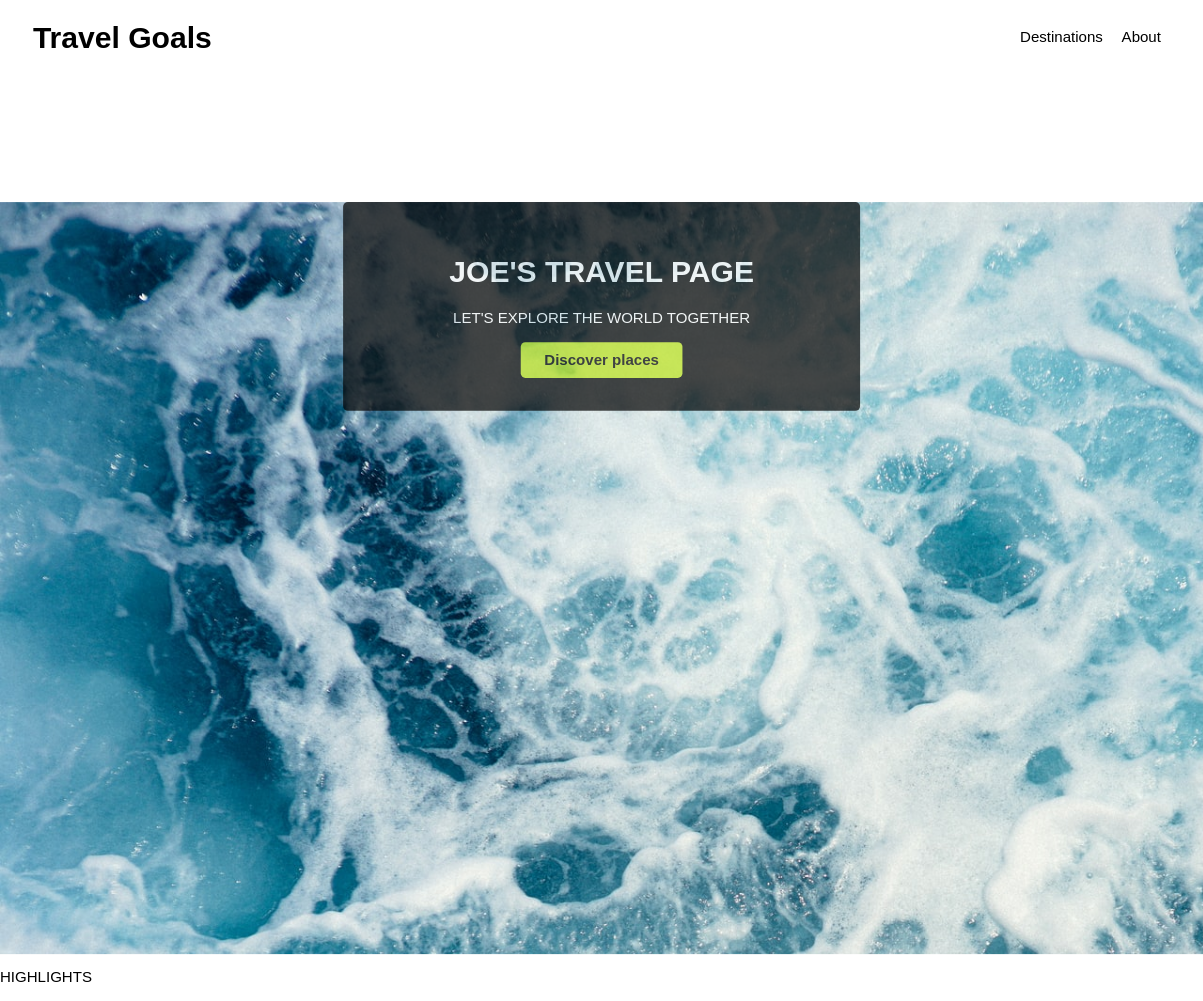
Repository: Harjot00/Wevdev
Page: Travel/index.html
These files come from the project's save history. The page is drawn as it stood at one moment and after the next save; the edit follows.
The browser window is 1280 px wide. The pictures show the whole page, at 94% of full size.

Above is the page before, as saved 2022-05-07 02:48:33.

### Travel/index.html
<!DOCTYPE html>
<html lang="en">
<head>
    <meta charset="UTF-8">
    <meta http-equiv="X-UA-Compatible" content="IE=edge">
    <meta name="viewport" content="width=device-width, initial-scale=1.0">
    <title>Travel Goals</title>
    <link rel="stylesheet" href="style.css">

</head>
<body>
    <header>
        <nav>
            <a href="index.html">Travel Goals</a>
            <ul>
                <li><a href="#"> Destinations</a></li>
                <li><a href="#">About</a></li>
            </ul>
        </nav>
    </header>
    <main>
        <div id="background">
            <div id="centercontent">
                <h1>JOE'S TRAVEL PAGE</h1>
                <p>LET'S EXPLORE THE WORLD TOGETHER</p>
                <a href="#"> Discover places</a>
            </div>
        </div>
        <p>HIGHLIGHTS</p>
    </main>
    <footer></footer>
</body>
</html>

### Travel/style.css
body{
    font-family:"Quicksand",sans-serif;
    margin: 0;

}
nav{
    margin:15px 35px 25px 35px;
    display:flex;
    align-items: center;
    flex-wrap: wrap;
    flex-direction: row;
    justify-content: space-between;
}

ul {
    list-style: none;
    display:flex;
    justify-content: space-between;
}
nav >a{

    text-decoration: none;
    font-size:32px;
    font-weight: bold;
    color:black;



}
li a{
    margin:0px 10px 0px 10px;
    text-decoration: none;
    color:black;
}
#background{
    background-image:url(background.jpg);
    height: 800px;
    margin-top: 0px;
}
#centercontent{
    padding:35px 25px 35px 25px;
    text-align: center;
    margin:150px auto 250px;
    background-color:black ;
    opacity:0.7;
    color:white;
    width:500px;
    border-radius:5px;

}
div > a{
    background-color:rgb(188, 228, 28);
    text-decoration: none;
    padding:10px 25px 10px 25px;
    display:inline-block;
    color:black;
    font-weight:bold;
    border-radius:5px;

}

After the next save:
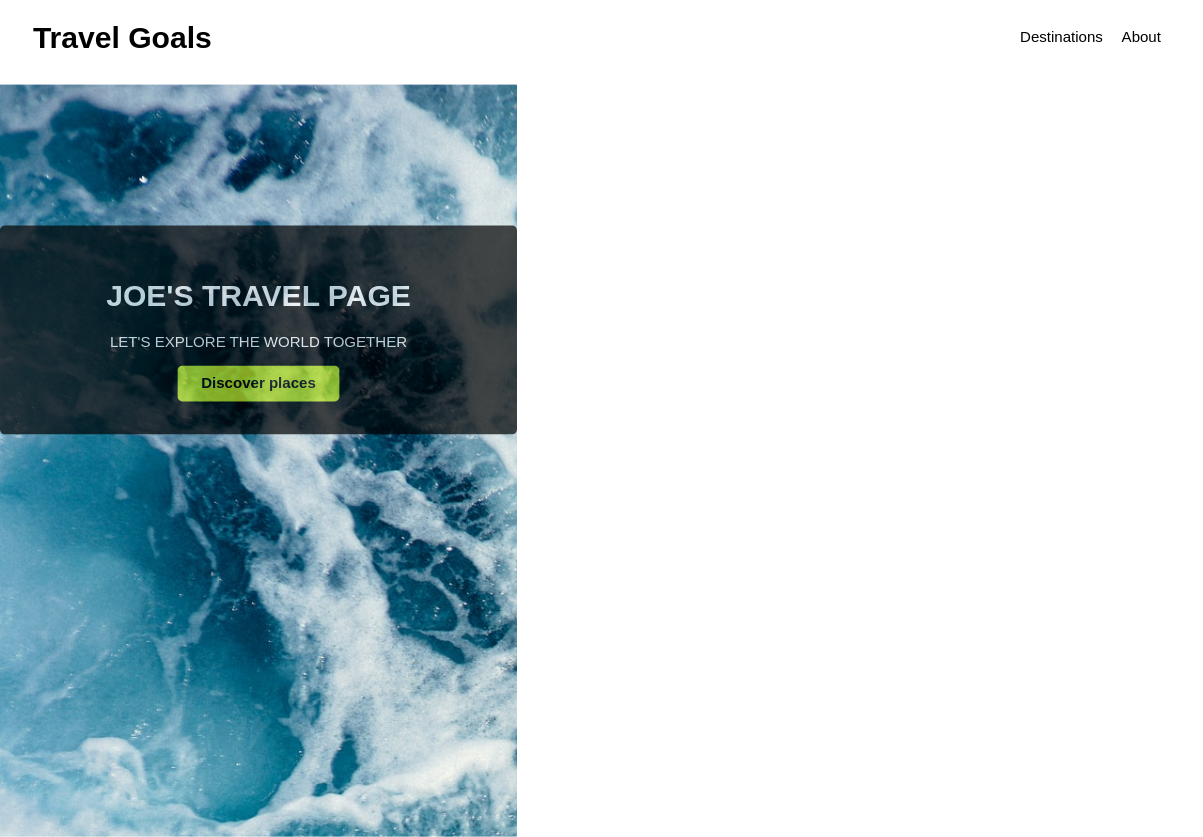
Saved 2 min 39 s later.
--- a/Travel/style.css
+++ b/Travel/style.css
@@ -35,7 +35,7 @@ li a{
 #background{
     background-image:url(background.jpg);
     height: 800px;
-    margin-top: 0px;
+    position: absolute;
 }
 #centercontent{
     padding:35px 25px 35px 25px;

After the save that followed:
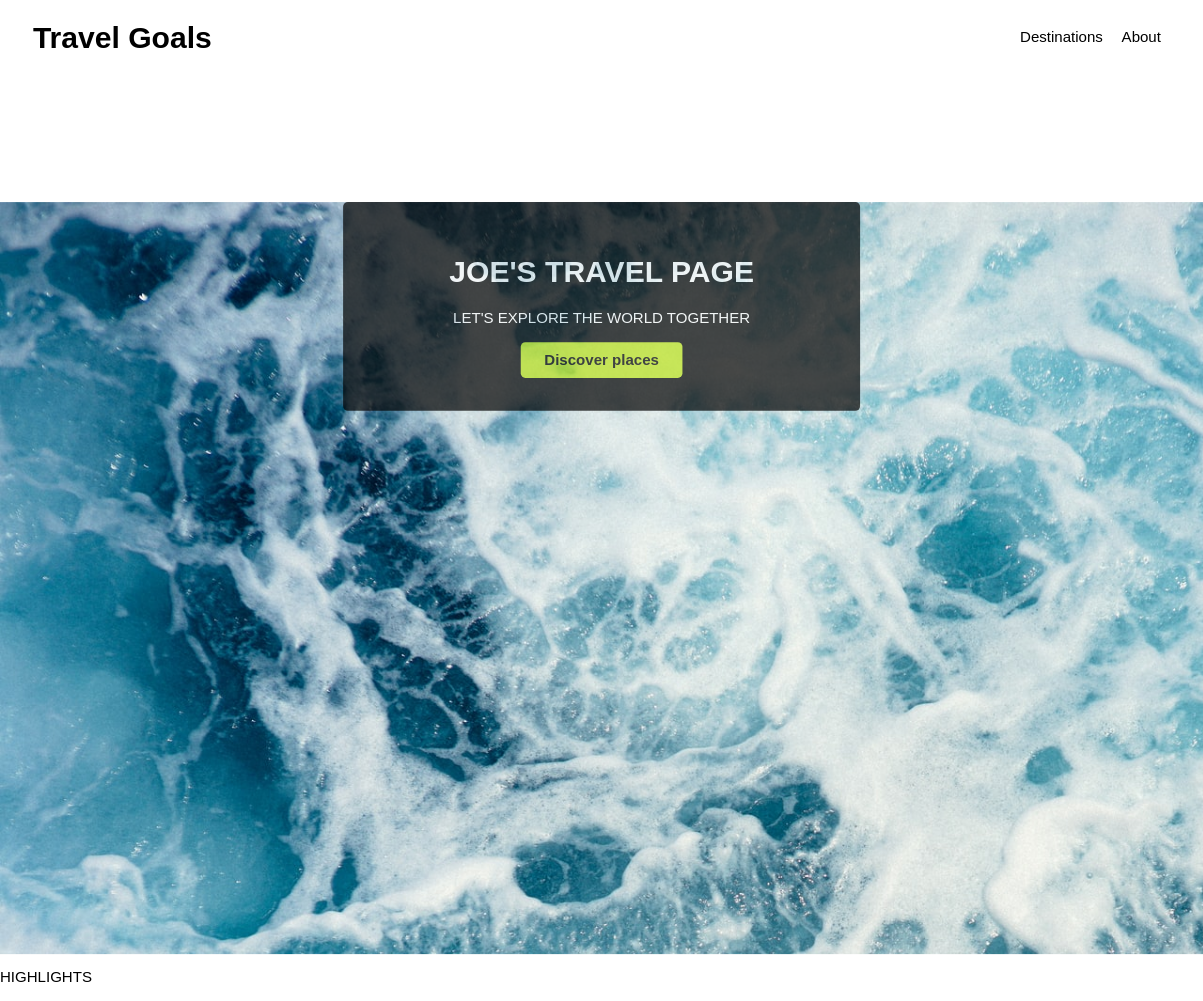
Saved 21 s later.
--- a/Travel/style.css
+++ b/Travel/style.css
@@ -35,7 +35,7 @@ li a{
 #background{
     background-image:url(background.jpg);
     height: 800px;
-    position: absolute;
+    position: relative;
 }
 #centercontent{
     padding:35px 25px 35px 25px;
